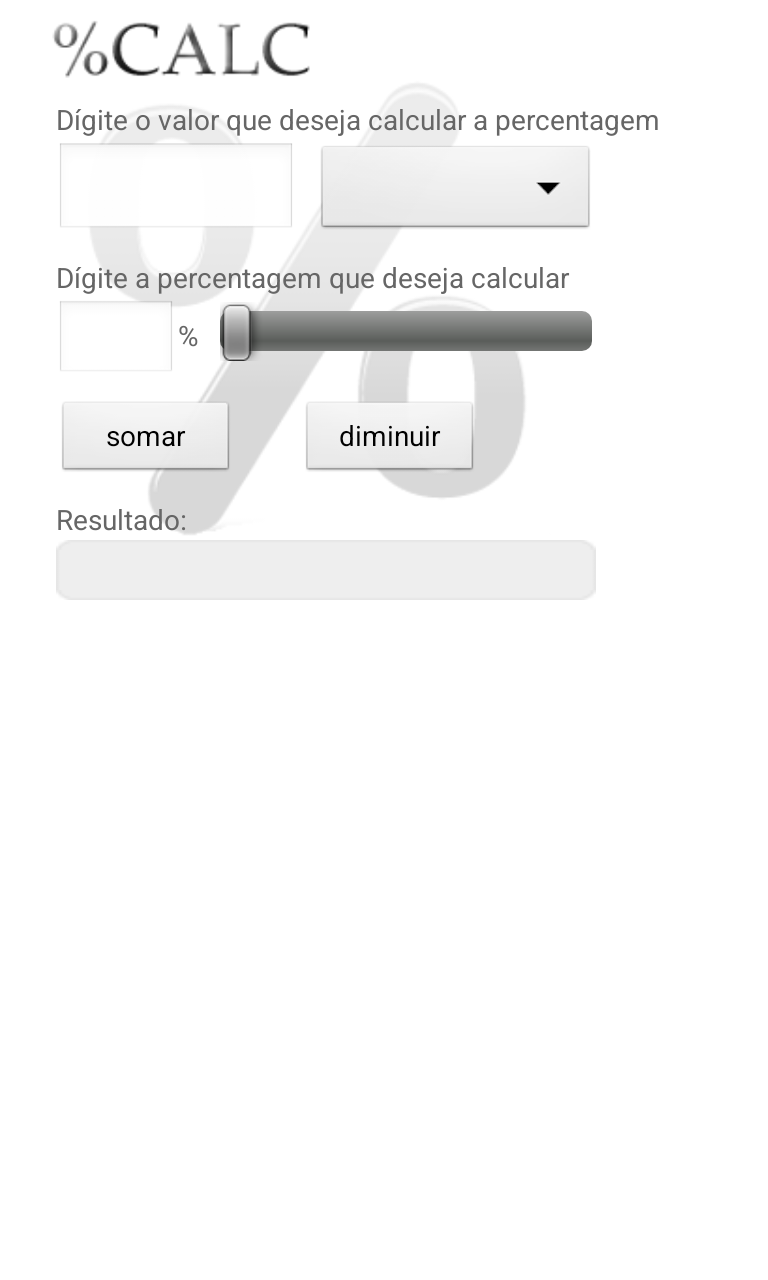
Repository: leoclaro/percentcalc
Layout: CalcularPercentagem/res/layout/main.xml
The author's editor kept a copy of each file at every save. The layout is drawn from the files as they stood at one save, then again after the next save.
It is drawn on a 768 x 1280 px phone screen (xhdpi) without system bars, with theme android:Theme; the app's code is not run.

Above is the layout before, as saved 2012-05-09 19:07:24.

After the next save:
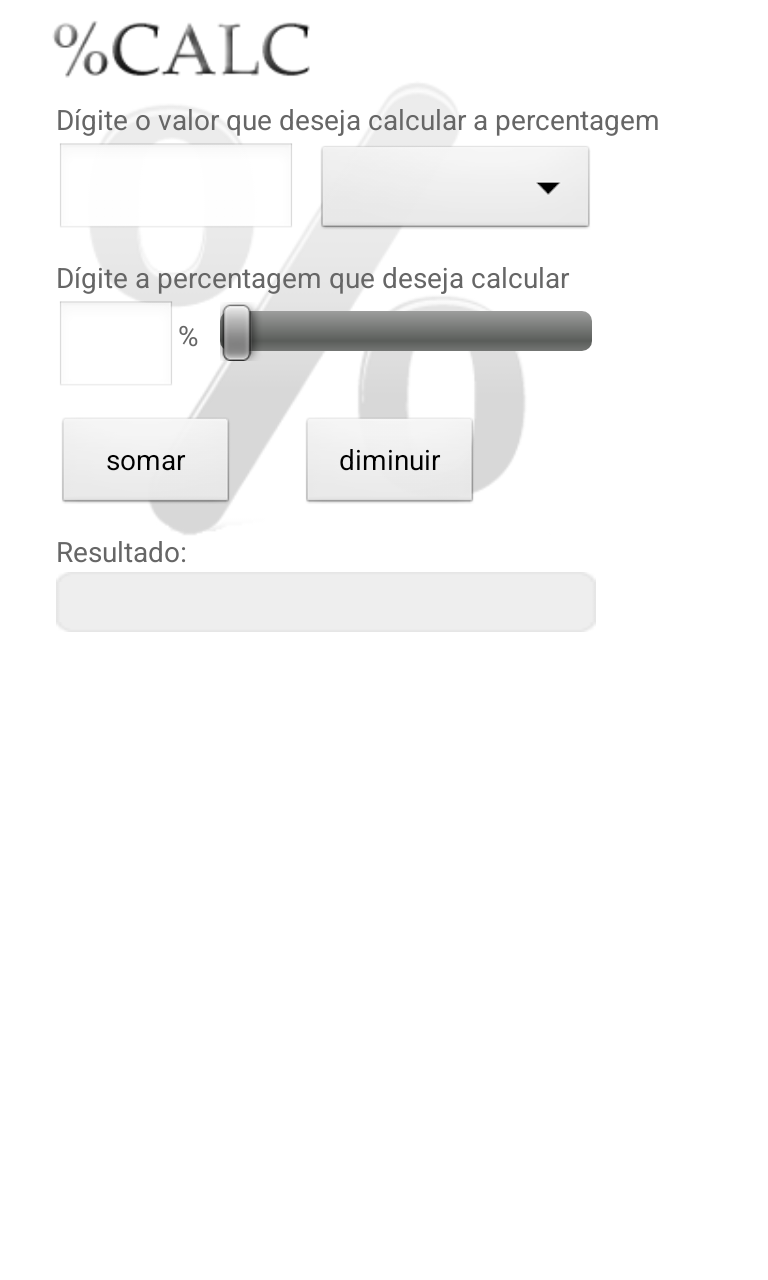
Saved 2 min 38 s later.
--- a/CalcularPercentagem/res/layout/main.xml
+++ b/CalcularPercentagem/res/layout/main.xml
@@ -64,7 +64,7 @@
 		    <EditText
 		        android:id="@+id/editTextPercentagem"
 		        android:layout_width="60dp"
-		        android:layout_height="40dp"
+		        android:layout_height="wrap_content"
 		        android:layout_alignLeft="@+id/textViewValor"
 		        android:layout_below="@+id/textViewPercentagem"
 		        android:layout_marginTop="2dp"
@@ -93,7 +93,7 @@
 		    <Button
 		        android:id="@+id/buttonSomar"
 		        android:layout_width="90dp"
-		        android:layout_height="40dp"
+		        android:layout_height="wrap_content"
 		        android:layout_alignLeft="@+id/textViewValor"
 		        android:layout_below="@+id/editTextPercentagem"
 		        android:layout_marginTop="10dp"
@@ -102,7 +102,7 @@
 		    <Button
 		        android:id="@+id/buttonDiminuir"
 		        android:layout_width="90dp"
-		        android:layout_height="40dp"
+		        android:layout_height="wrap_content"
 		        android:layout_below="@+id/editTextPercentagem"
 		        android:layout_marginLeft="150dp"
 		        android:layout_marginTop="10dp"

After the save that followed:
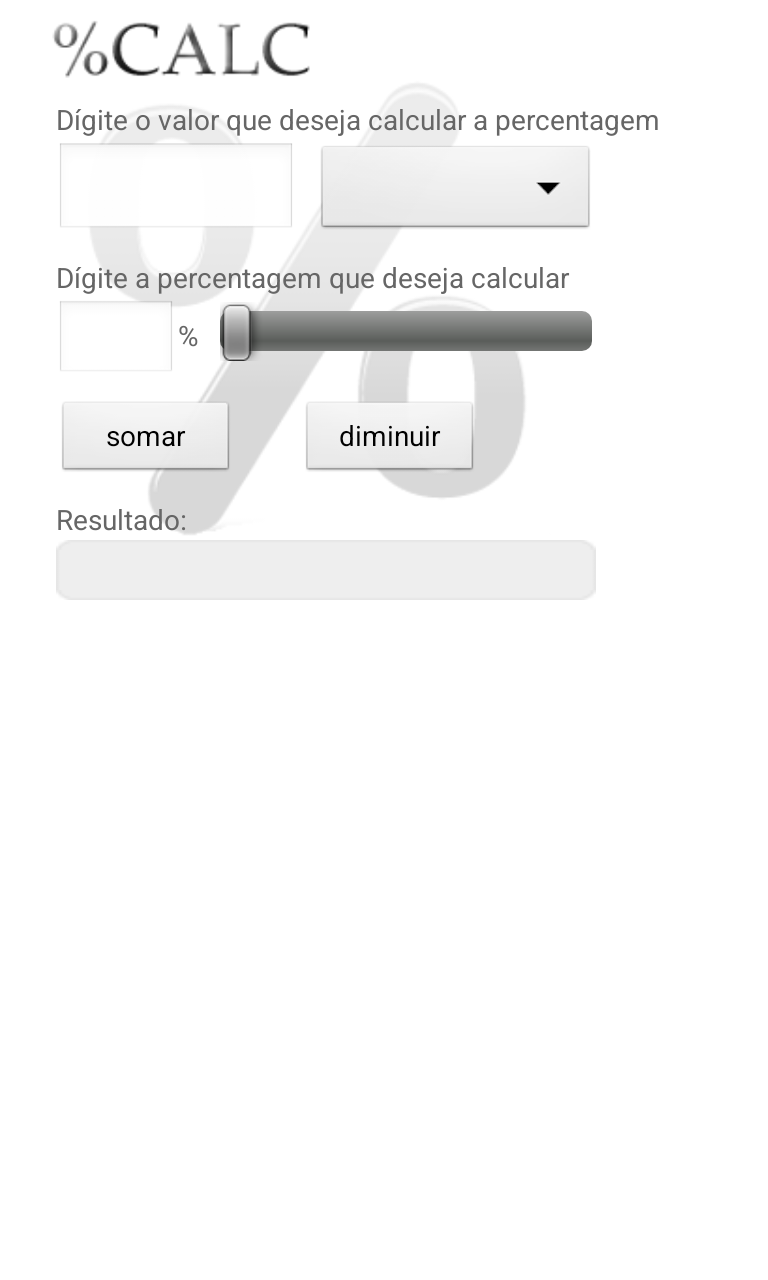
Saved 2 min 35 s later.
--- a/CalcularPercentagem/res/layout/main.xml
+++ b/CalcularPercentagem/res/layout/main.xml
@@ -64,7 +64,7 @@
 		    <EditText
 		        android:id="@+id/editTextPercentagem"
 		        android:layout_width="60dp"
-		        android:layout_height="wrap_content"
+		        android:layout_height="40dp"
 		        android:layout_alignLeft="@+id/textViewValor"
 		        android:layout_below="@+id/textViewPercentagem"
 		        android:layout_marginTop="2dp"
@@ -93,7 +93,7 @@
 		    <Button
 		        android:id="@+id/buttonSomar"
 		        android:layout_width="90dp"
-		        android:layout_height="wrap_content"
+		        android:layout_height="40dp"
 		        android:layout_alignLeft="@+id/textViewValor"
 		        android:layout_below="@+id/editTextPercentagem"
 		        android:layout_marginTop="10dp"
@@ -102,7 +102,7 @@
 		    <Button
 		        android:id="@+id/buttonDiminuir"
 		        android:layout_width="90dp"
-		        android:layout_height="wrap_content"
+		        android:layout_height="40dp"
 		        android:layout_below="@+id/editTextPercentagem"
 		        android:layout_marginLeft="150dp"
 		        android:layout_marginTop="10dp"
@@ -150,7 +150,6 @@
 		        android:id="@+id/relativeLayoutBgResultadoBottom"
 		        android:layout_width="270dp"
 		        android:layout_height="5dp"
-		        android:layout_marginBottom="10dp"
 		        android:layout_below="@+id/relativeLayoutBgResultado"
 		        android:layout_alignLeft="@+id/textViewValor"
 		        android:background="@drawable/bg_resultado_bottom">
